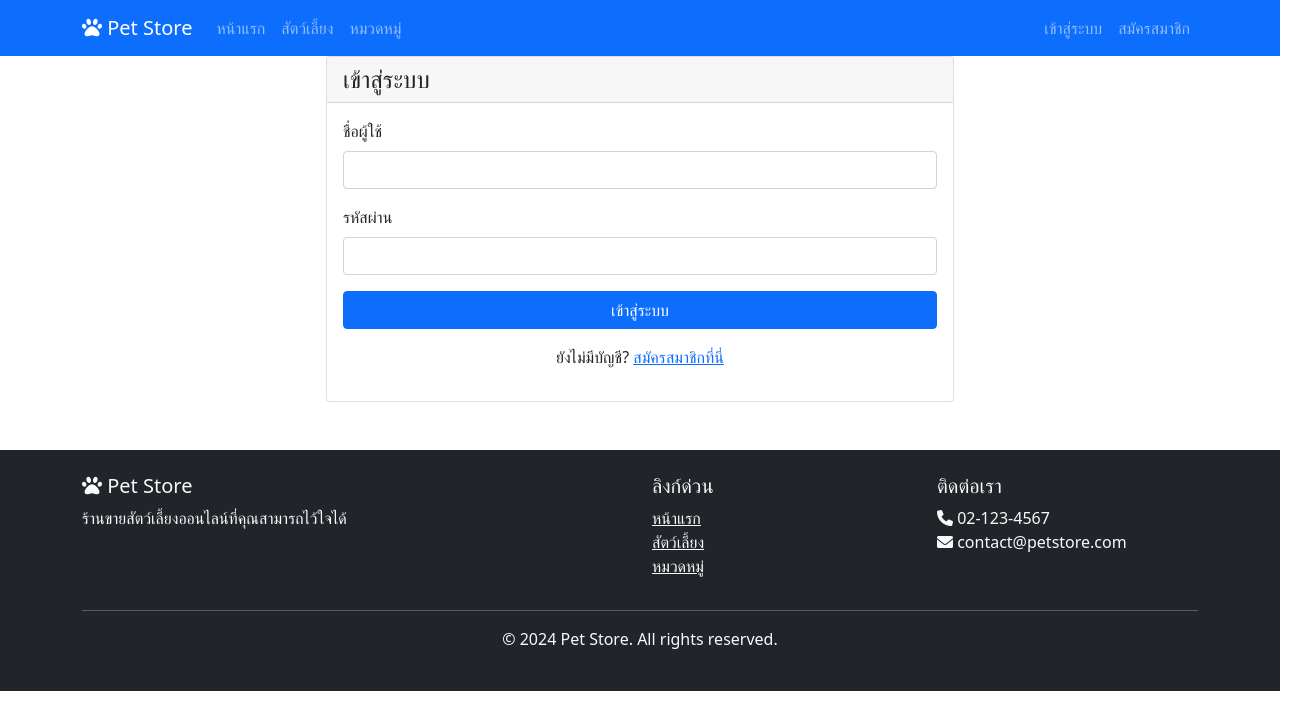
Repository: Napasakornch/SOA_PRO
Page: petstore_project/templates/auth/login.html
An editor plug-in stored every save of this project. The page is shown before and after the next save, followed by the edit.
The browser window is 1280 px wide. The page is 1292 px wide, then 1280 px, so the pictures cover 1292 px, including what lies to the right of the window. The pictures show the whole page.
The template is drawn by Django 4.2. The application's start-up code is not run. The template is opened directly, without the code that normally fills it, so the values that code supplies are empty.

Above is the page before, as saved 2025-11-06 22:01:12.

After the next save:
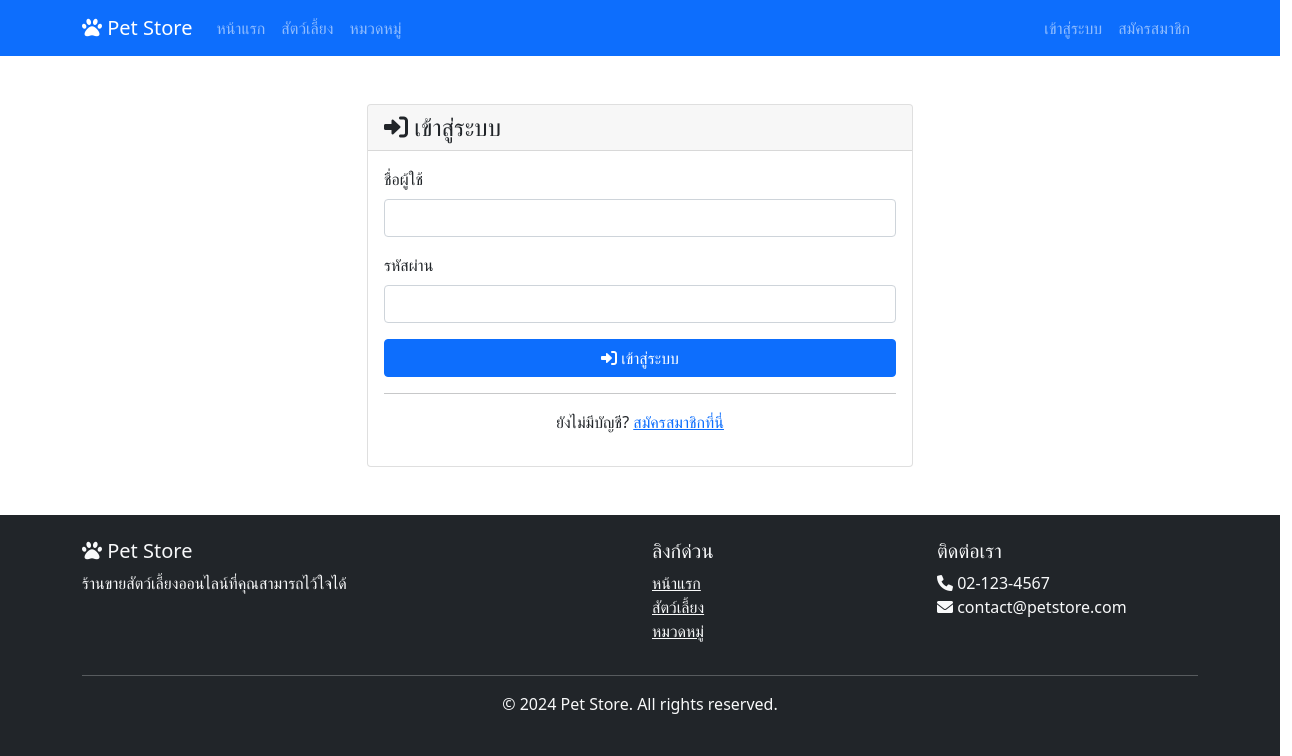
Saved 10 s later.
--- a/petstore_project/templates/auth/login.html
+++ b/petstore_project/templates/auth/login.html
@@ -3,27 +3,39 @@
 {% block title %}เข้าสู่ระบบ - Pet Store{% endblock %}
 
 {% block content %}
-<div class="row justify-content-center">
-    <div class="col-md-6">
-        <div class="card">
-            <div class="card-header">
-                <h4 class="card-title mb-0">เข้าสู่ระบบ</h4>
-            </div>
-            <div class="card-body">
-                <form method="post">
-                    {% csrf_token %}
-                    <div class="mb-3">
-                        <label for="username" class="form-label">ชื่อผู้ใช้</label>
-                        <input type="text" class="form-control" id="username" name="username" required>
+<div class="container mt-5">
+    <div class="row justify-content-center">
+        <div class="col-md-6">
+            <div class="card">
+                <div class="card-header">
+                    <h4 class="card-title mb-0">
+                        <i class="fas fa-sign-in-alt"></i> เข้าสู่ระบบ
+                    </h4>
+                </div>
+                <div class="card-body">
+                    <form method="post">
+                        {% csrf_token %}
+
+                        <div class="mb-3">
+                            <label for="username" class="form-label">ชื่อผู้ใช้</label>
+                            <input type="text" class="form-control" id="username" name="username" required>
+                        </div>
+
+                        <div class="mb-3">
+                            <label for="password" class="form-label">รหัสผ่าน</label>
+                            <input type="password" class="form-control" id="password" name="password" required>
+                        </div>
+
+                        <button type="submit" class="btn btn-primary w-100">
+                            <i class="fas fa-sign-in-alt"></i> เข้าสู่ระบบ
+                        </button>
+                    </form>
+
+                    <hr>
+
+                    <div class="text-center">
+                        <p>ยังไม่มีบัญชี? <a href="{% url 'register' %}">สมัครสมาชิกที่นี่</a></p>
                     </div>
-                    <div class="mb-3">
-                        <label for="password" class="form-label">รหัสผ่าน</label>
-                        <input type="password" class="form-control" id="password" name="password" required>
-                    </div>
-                    <button type="submit" class="btn btn-primary w-100">เข้าสู่ระบบ</button>
-                </form>
-                <div class="text-center mt-3">
-                    <p>ยังไม่มีบัญชี? <a href="{% url 'register' %}">สมัครสมาชิกที่นี่</a></p>
                 </div>
             </div>
         </div>
